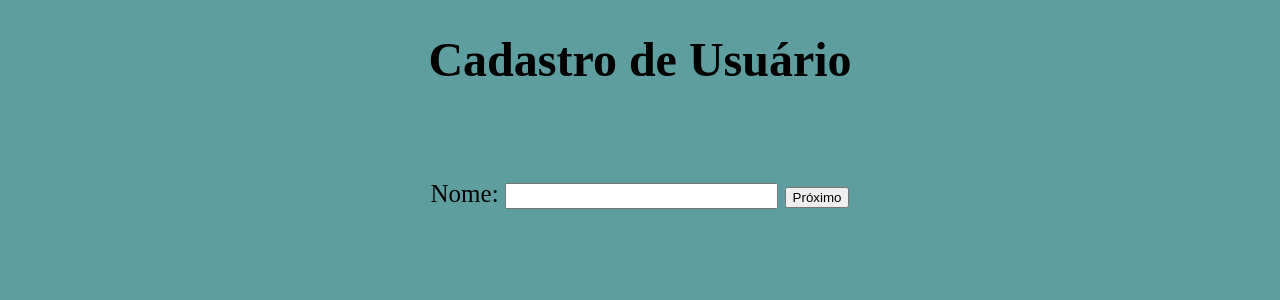
Repository: yoda4ever/playground
Page: http://localhost/Mod06_ex02B/tela3.jsp
These files come from the project's save history. The page is drawn as it stood at one moment and after the next save; the edit follows.
The browser window is 1280 px wide. The pictures show the whole page.
The page is served by Tomcat 9.

Above is the page before, as saved 2017-05-06 15:55:29.

After the next save:
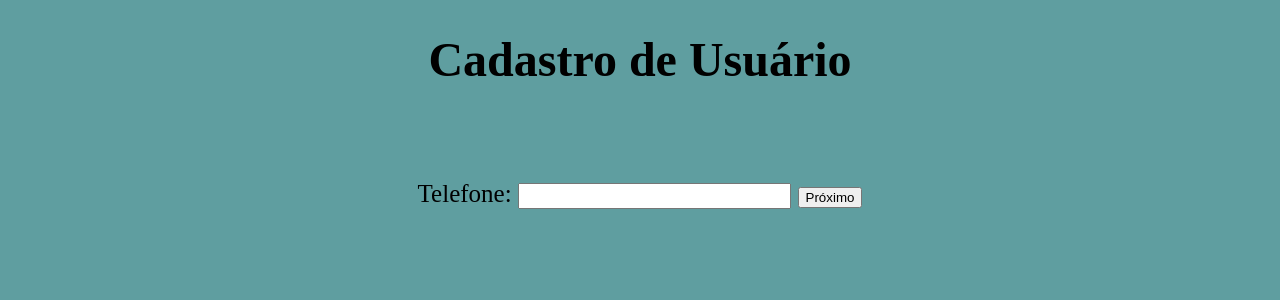
Saved 20 s later.
--- a/Mod06_ex02B/WebContent/tela3.jsp
+++ b/Mod06_ex02B/WebContent/tela3.jsp
@@ -18,10 +18,10 @@
 
 		<center>
 			<form action="Cadastrar" method="post">
-				<input type="hidden" name="pagina" value="2">
+				<input type="hidden" name="pagina" value="3">
 
-				<p style="font-size: 25px;font-family: cursive;"> Nome:
-					<input type="text" maxlength="35" name="nome" style="height: 20px; width: 21%; font-size: 20px; text-align: center;">
+				<p style="font-size: 25px;font-family: cursive;"> Telefone:
+					<input type="text" maxlength="35" name="telefone" style="height: 20px; width: 21%; font-size: 20px; text-align: center;">
 					<button>Próximo</button>
 				</p>
 			</form>
